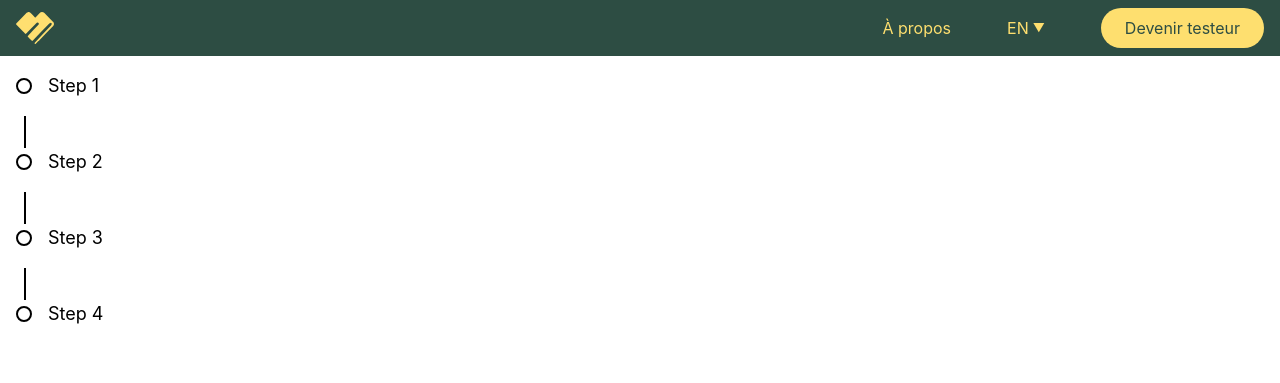
Repository: enas-elm/bookish-landing
Page: /
An editor plug-in stored every save of this project. The page is shown before and after a run of saves, followed by the edit.
The browser window is 1280 px wide. The pictures show the whole page.
The project was rebuilt for these pictures with package versions that can differ from the ones it lists, and the page was loaded fresh each time.

Above is the page before, as saved 2024-09-11 15:19:31.

After the next 4 saves:
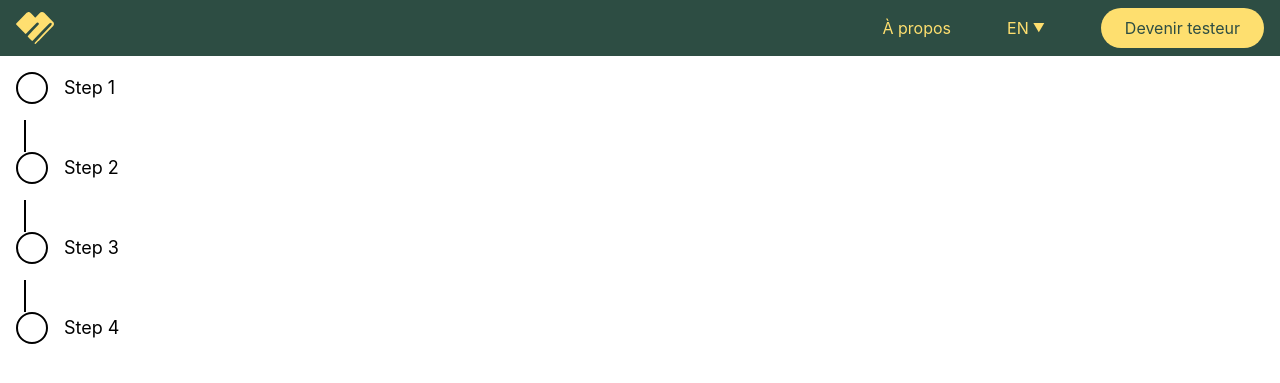
The 4 saves are shown as one change because they came seconds apart.
The last was saved 3 min 2 s later.
--- a/src/components/TimeLine.js
+++ b/src/components/TimeLine.js
@@ -26,7 +26,7 @@
             }`}
           >
             <div
-              className={`w-4 h-4 rounded-full border-2 mr-4 transition-colors ${
+              className={`w-8 h-8 rounded-full border-2 mr-4 transition-colors ${
                 selectedItem >= item.id
                   ? "border-blue-500 bg-blue-500"
                   : "border-gray-400"

After the 2 saves that followed:
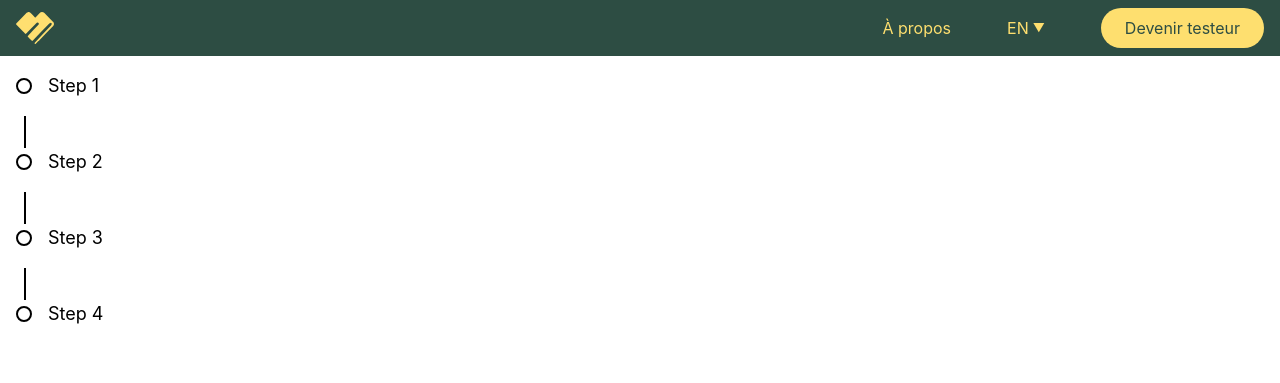
The 2 saves are shown as one change because they came seconds apart.
The last was saved 27 s later.
--- a/src/components/TimeLine.js
+++ b/src/components/TimeLine.js
@@ -26,7 +26,7 @@
             }`}
           >
             <div
-              className={`w-8 h-8 rounded-full border-2 mr-4 transition-colors ${
+              className={`w-4 h-4 rounded-full border-2 mr-4 transition-colors ${
                 selectedItem >= item.id
                   ? "border-blue-500 bg-blue-500"
                   : "border-gray-400"
